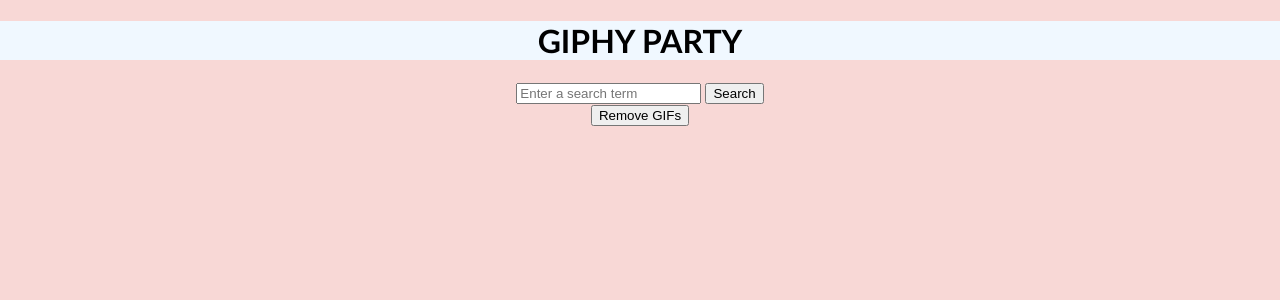
Repository: rmdayberry/AJAX-Giphy-Party
Page: index.html
An editor plug-in stored every save of this project. The page is shown before and after the next save, followed by the edit.
The browser window is 1280 px wide. The pictures show the whole page.
Some web libraries are served in a nearby version.

Above is the page before, as saved 2024-08-06 13:02:19.

### index.html
<!DOCTYPE html>
<html lang="en">
  <head>
    <meta charset="UTF-8" />
    <title>Giphy Party!</title>
    <link rel="stylesheet" href="style.css" />
  </head>

  <body>
    <h1>GIPHY PARTY</h1>
    <form id="gifForm">
      <input type="text" id="searchTerm" placeholder="Enter a search term" />
      <button type="submit">Search</button>
    </form>
    <div id="gifContainer"></div>

    <button id="removeAllBtn">Remove GIFs</button>
    <script src="https://code.jquery.com/jquery-3.2.1.js"></script>
    <script src="https://unpkg.com/axios/dist/axios.js"></script>
    <script src="app.js"></script>
  </body>
</html>

### style.css
body {
  font-family: "Trebuchet MS", "Lucida Sans Unicode", "Lucida Grande",
    "Lucida Sans", Arial, sans-serif;
  background-color: rgb(248, 216, 214);
  text-align: center;
  margin: 0;
  padding: 0;
}

h1 {
  background-color: aliceblue;
  color: black;
}

### app.js
console.log("Let's get this party started!");
//handle form submissions and AJAX requests
document
  .getElementById("gifForm")
  .addEventListener("submit", async function (e) {
    e.preventDefault();

    const searchTerm = document.getElementById("searchTerm").value;
    const apiKey = "MhAodEJIJxQMxW9XqxKjyXfNYdLoOIym";
    const url = `http://api.giphy.com/v1/gifs/search?q=${searchTerm}&api_key=${apiKey}`;

    try {
      const response = await axios.get(url);
      console.log(response.data);
      //append gifs to page
      const gifUrl = response.data.data[0].images.fixed_height.url; //get first gif url
      const img = document.createElement("img");
      img.src = gifUrl;
      document.getElementById("gifContainer").appendChild(img);
    } catch (error) {
      console.log("Error finding GIF:", error);
    }
  });

//add eventListener to remove GIFs button
document.getElementById("removeAllBtn").addEventListener("click", function () {
  const gifContainer = document.getElementById("gifContainer");
  while (gifContainer.firstChild) {
    gifContainer.removeChild(gifContainer.firstChild);
  }
});

After the next save:
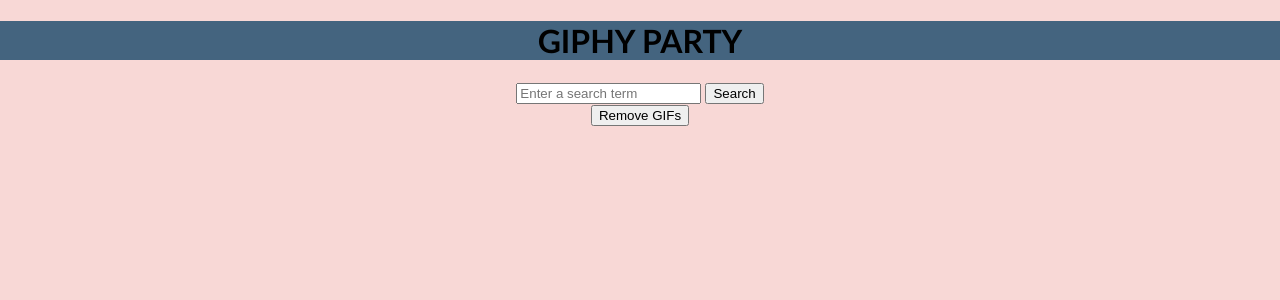
Saved 28 s later.
--- a/style.css
+++ b/style.css
@@ -8,6 +8,6 @@
 }
 
 h1 {
-  background-color: aliceblue;
+  background-color: rgb(68, 100, 127);
   color: black;
 }
